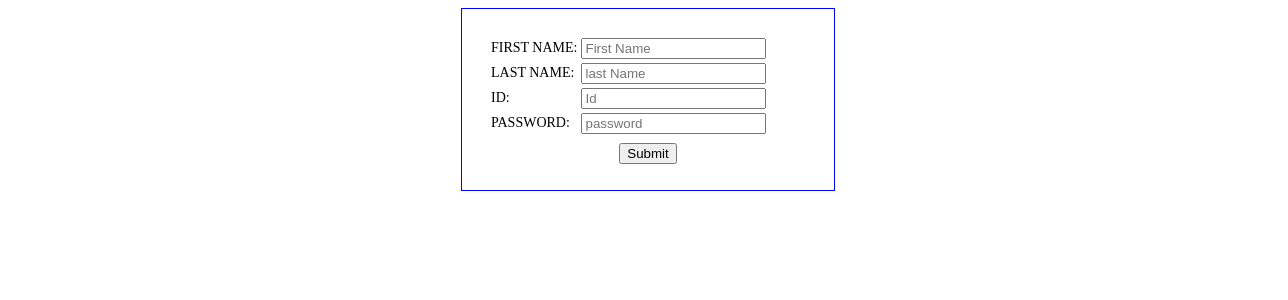
Repository: moshe31sh/Java_ee_final_project_todo_list
Page: http://localhost/Toto_list_final_project/signin.jsp
These files come from the project's save history. The page is drawn as it stood at one moment and after the next save; the edit follows.
The browser window is 1280 px wide. The page is 1288 px wide, so the pictures cover 1288 px, including what lies to the right of the window. The pictures show the whole page.
The page is served by Tomcat 9. Other server files are loaded and not shown.

Above is the page before, as saved 2015-12-05 10:35:37.

### Toto_list_final_project/WebContent/signin.jsp
<%@ page language="java" contentType="text/html; charset=ISO-8859-1"
    pageEncoding="ISO-8859-1"%>
<!DOCTYPE html PUBLIC "-//W3C//DTD HTML 4.01 Transitional//EN" "http://www.w3.org/TR/html4/loose.dtd">
<html>
<head>
<meta http-equiv="Content-Type" content="text/html/; charset=ISO-8859-1">
<link rel="stylesheet" type="text/css" href="./CSS/style.css">

<title>Sign-In</title>
</head>
<body>


<form id="login-form" method="get" action="/Toto_list_final_project/ToDoListAuthenticationController">
    <table>
    <tr><td>first name:</td><td><input  type="text" placeholder="First Name" name="fname"/></td></tr>
        <tr><td>last name:</td><td><input  type="text" placeholder="last Name" name="lname"/></td></tr>
        <tr><td>id:</td><td><input  type="text" placeholder="Id" name="id"/></td></tr>
    <tr><td>password:</td><td><input type="password" size ="20" name="pass" placeholder="password"/></td></tr>
</table>

    <input class="submit" type="submit"/>
</form>

</body>
</html>

### Toto_list_final_project/WebContent/CSS/style.css
body{
	width:100%;
}

#login-form{
	display:block;
	width: 25%;
	border: solid 1px blue;
	min-height: 100px;
	margin-left:auto;
	margin-right:auto;
	padding: 2%;
	font-size: 14px;
    text-transform: uppercase;

}

.submit{
	display:block;
	margin-left:auto;
	margin-right:auto;
	margin-top:2%;
	}

After the next save:
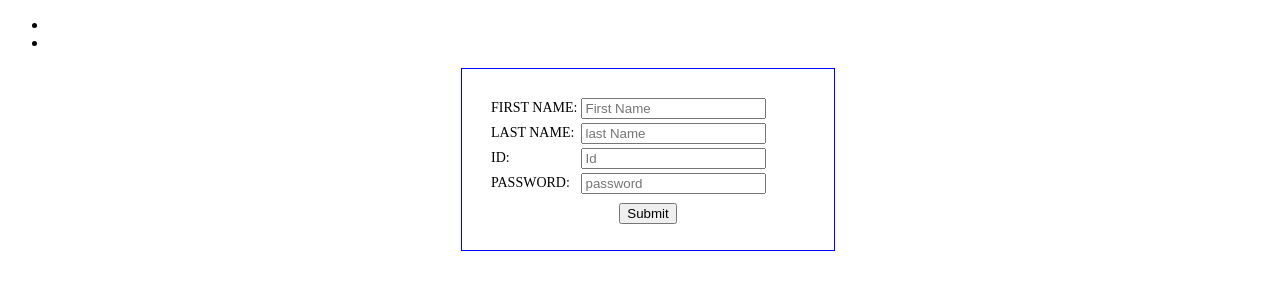
Saved 3 min 13 s later.
--- a/Toto_list_final_project/WebContent/signin.jsp
+++ b/Toto_list_final_project/WebContent/signin.jsp
@@ -10,7 +10,11 @@
 </head>
 <body>
 
-
+<nav id="navigation-menu">
+<ul>
+<li><a href="#"></a></li>
+<li><a href="./LogIn.jsp"></a></li>
+</ul></nav>
 <form id="login-form" method="get" action="/Toto_list_final_project/ToDoListAuthenticationController">
     <table>
     <tr><td>first name:</td><td><input  type="text" placeholder="First Name" name="fname"/></td></tr>
